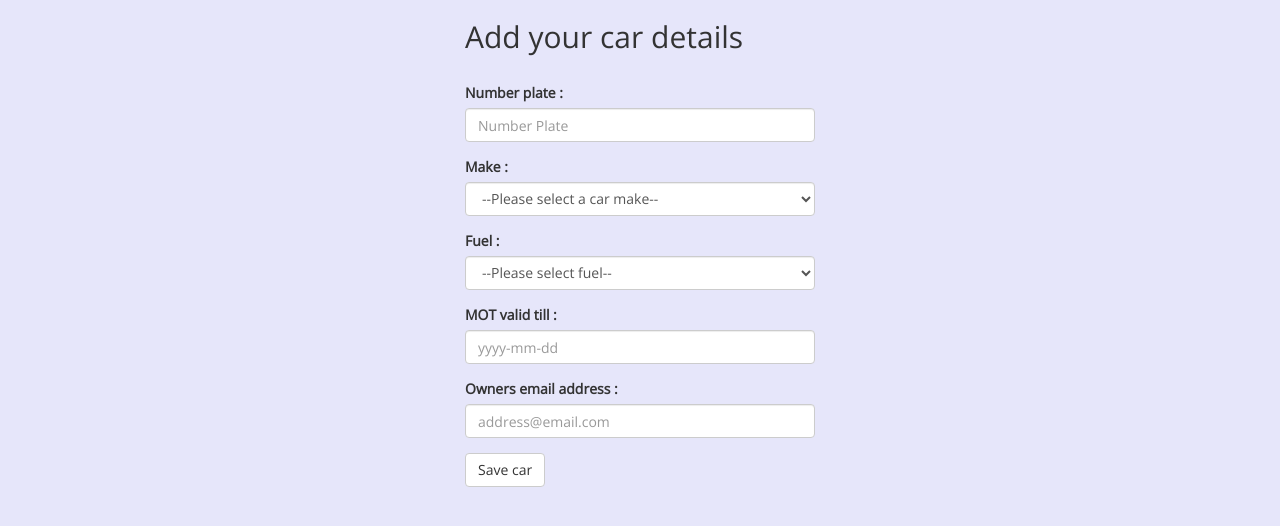
Repository: dornescustefan/SpringMVCProject
Page: http://localhost/ProjectMVC/WEB-INF/jsp/addcar.jsp
These files come from the project's save history. The page is drawn as it stood at one moment and after the next save; the edit follows.
The browser window is 1280 px wide. The pictures show the whole page.
Some web libraries are served in a nearby version. The page is served by Tomcat 9. Nobody is signed in. The template is opened directly, without the code that normally fills it, so the values that code supplies are empty.

Above is the page before, as saved 2017-10-16 18:45:10.

After the next save:
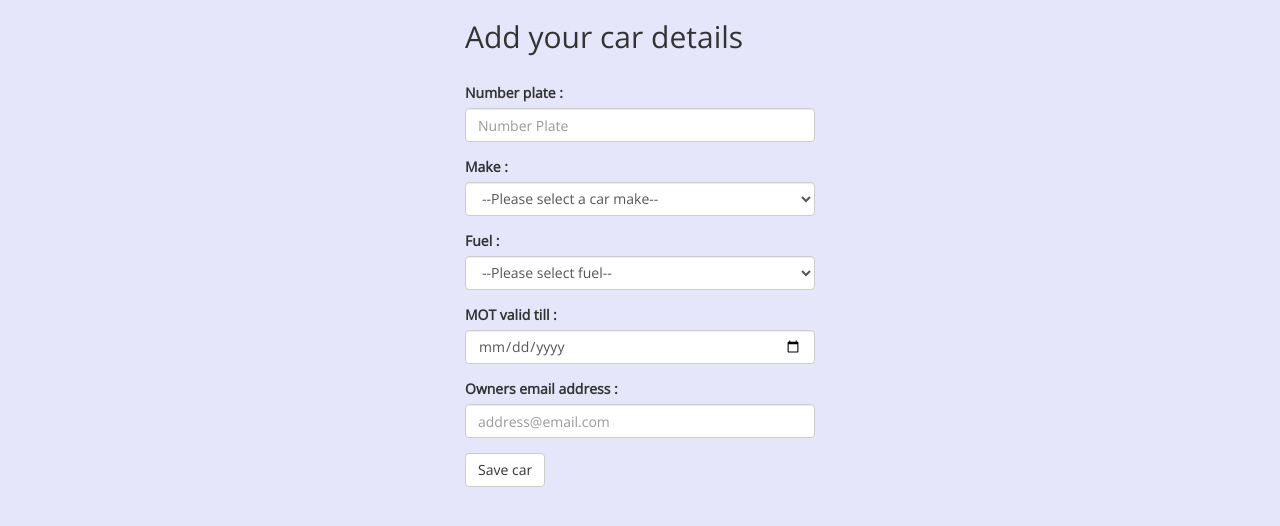
Saved 4 min 51 s later.
--- a/ProjectMVC/src/main/webapp/WEB-INF/jsp/addcar.jsp
+++ b/ProjectMVC/src/main/webapp/WEB-INF/jsp/addcar.jsp
@@ -114,7 +114,7 @@
 
   	<div class="form-group">
         <label  for="mot"> MOT valid till :</label>
-         <form:input  path="mot"  id="mot" class="form-control"  type="text" placeholder="yyyy-mm-dd"/>
+         <form:input  path="mot"  id="mot" class="form-control"  type="Date" placeholder="yyyy-mm-dd"/>
   	</div>
 
   	<div class="form-group">
